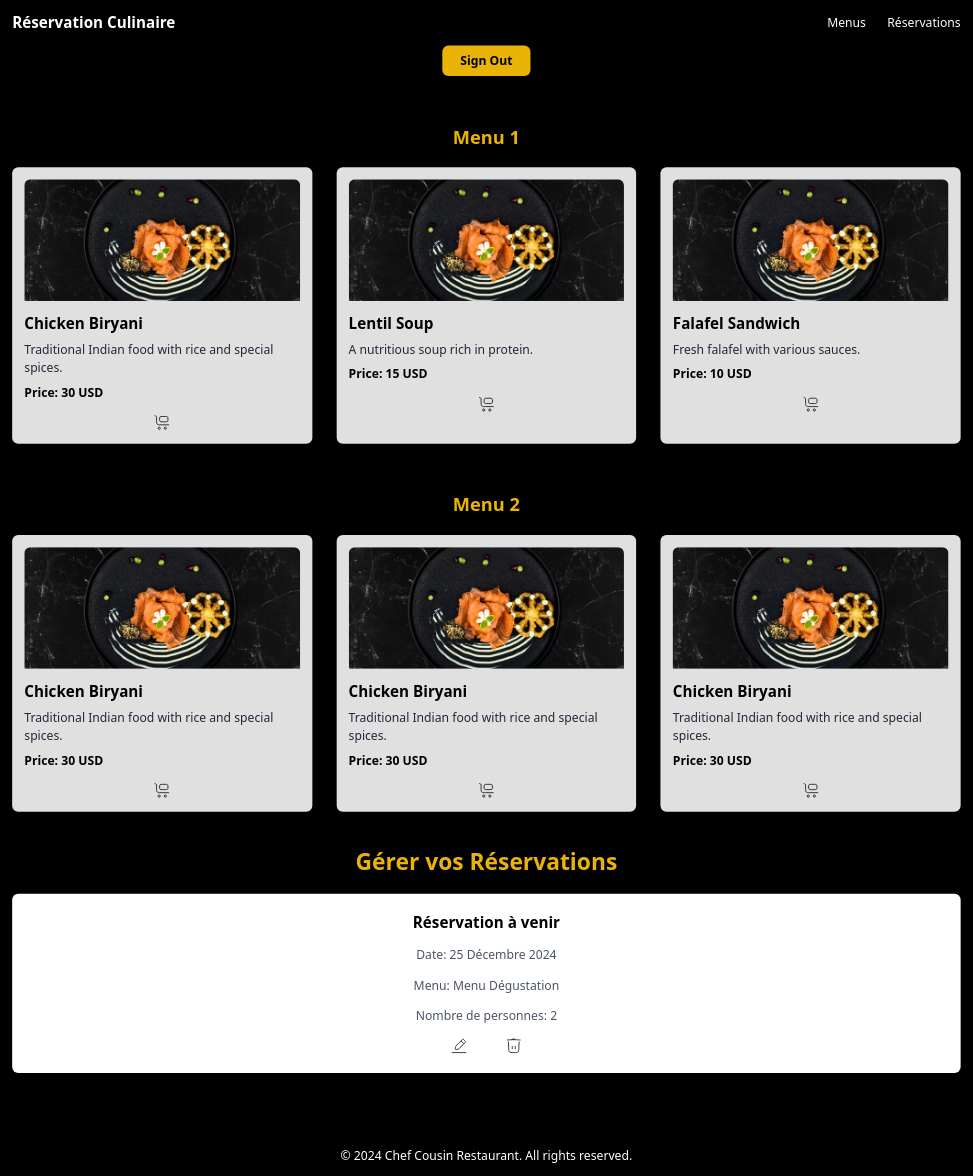
Repository: HamzaChehlaoui/Site-Web-pour-un-Chef-Cuisinier
Page: http://localhost/menuutil.php
The author's editor kept a copy of each file at every save. The page is drawn from the files as they stood at one save, then again after a run of saves.
The browser window is 1280 px wide. The pictures show the whole page, at 76% of full size.
Some web libraries are served in a nearby version. The page is run by PHP 8.4 with error messages shown; the project is at /var/www/html/.

Above is the page before, as saved 2024-12-18 17:16:59.

### menuutil.php
<!DOCTYPE html>
<html lang="fr">
<head>
    <meta charset="UTF-8">
    <meta name="viewport" content="width=device-width, initial-scale=1.0">
    <title>Réservation d'Expérience Culinaire</title>
    <script src="https://cdn.tailwindcss.com"></script></head>
<body class="bg-black font-sans">

    <!-- Navbar -->
    <header class="bg-black text-white p-4">
        <div class="max-w-7xl mx-auto flex justify-between items-center">
            <h1 class="text-xl font-semibold">Réservation Culinaire</h1>
            <nav class="space-x-6">
                <a href="#menus" class="hover:text-gray-300">Menus</a>
                <a href="#reservations" class="hover:text-gray-300">Réservations</a>
            </nav>
        </div>
    </header>
    <div class="text-center mb-8">
        <a href="index.php" class="inline-block bg-yellow-500 text-black px-6 py-2 rounded-lg font-semibold hover:scale-105 hover:shadow-lg transition-transform">
            Sign Out
        </a>
    </div>
    <!-- Menu Section -->
    <section class="py-8">
        <div class="container mx-auto px-4">
            <h2 class="text-2xl font-semibold mb-6 text-center text-yellow-500">Menu 1</h2>
            <div class="grid grid-cols-1 sm:grid-cols-2 lg:grid-cols-3 gap-8">
                <!-- Dish 1 -->
                <div class="bg-[#E0E0E0] p-4 rounded-lg shadow-lg hover:shadow-xl hover:bg-[#E0E0E0] transition duration-300">
                    <img src="zalmbloem-met-roomkaas_hr-4.webp" alt="Dish 1" class="w-full h-40 object-cover rounded-t-lg">
                    <h3 class="text-xl font-semibold mt-4 text-black">Chicken Biryani</h3>
                    <p class="text-gray-800 mt-2">Traditional Indian food with rice and special spices.</p>
                    <p class="mt-2 font-bold text-black">Price: 30 USD</p>
                      <!-- Edit and Delete buttons -->
                    <div class="mt-4 flex justify-center">
                <svg width="24" height="24" viewBox="0 0 24 24" fill="none" xmlns="http://www.w3.org/2000/svg">
                <path d="M10 19.5C10 20.3284 9.32843 21 8.5 21C7.67157 21 7 20.3284 7 19.5C7 18.6716 7.67157 18 8.5 18C9.32843 18 10 18.6716 10 19.5Z" stroke="black" stroke-width="null" class="my-path"></path>
                <path d="M18 19.5C18 20.3284 17.3284 21 16.5 21C15.6716 21 15 20.3284 15 19.5C15 18.6716 15.6716 18 16.5 18C17.3284 18 18 18.6716 18 19.5Z" stroke="black" stroke-width="null" class="my-path"></path>
                <path d="M21 15H11C8.17157 15 6.75736 15 5.87868 14.1213C5 13.2426 5 11.8284 5 9V5C5 3.89543 4.10457 3 3 3" stroke="black" stroke-width="null" stroke-linecap="round" class="my-path"></path>
                <path d="M9 7.5C9 6.09554 9 5.39331 9.33706 4.88886C9.48298 4.67048 9.67048 4.48298 9.88886 4.33706C10.3933 4 11.0955 4 12.5 4H16.5C17.9045 4 18.6067 4 19.1111 4.33706C19.3295 4.48298 19.517 4.67048 19.6629 4.88886C20 5.39331 20 6.09554 20 7.5C20 8.90446 20 9.60669 19.6629 10.1111C19.517 10.3295 19.3295 10.517 19.1111 10.6629C18.6067 11 17.9045 11 16.5 11H12.5C11.0955 11 10.3933 11 9.88886 10.6629C9.67048 10.517 9.48298 10.3295 9.33706 10.1111C9 9.60669 9 8.90446 9 7.5Z" stroke="black" stroke-width="null" class="my-path"></path>
                </svg>

                    </div>
                </div>
                <!-- Dish 2 -->
                <div class="bg-[#E0E0E0] p-4 rounded-lg shadow-lg hover:shadow-xl hover:bg-[#E0E0E0] transition duration-300">
                    <img src="zalmbloem-met-roomkaas_hr-4.webp" alt="Dish 2" class="w-full h-40 object-cover rounded-t-lg">
                    <h3 class="text-xl font-semibold mt-4 text-black">Lentil Soup</h3>
                    <p class="text-gray-800 mt-2">A nutritious soup rich in protein.</p>
                    <p class="mt-2 font-bold text-black">Price: 15 USD</p>
                      <!-- Edit and Delete buttons -->
                    <div class="mt-4 flex justify-center">
                    <svg width="24" height="24" viewBox="0 0 24 24" fill="none" xmlns="http://www.w3.org/2000/svg">
                    <path d="M10 19.5C10 20.3284 9.32843 21 8.5 21C7.67157 21 7 20.3284 7 19.5C7 18.6716 7.67157 18 8.5 18C9.32843 18 10 18.6716 10 19.5Z" stroke="black" stroke-width="null" class="my-path"></path>
                    <path d="M18 19.5C18 20.3284 17.3284 21 16.5 21C15.6716 21 15 20.3284 15 19.5C15 18.6716 15.6716 18 16.5 18C17.3284 18 18 18.6716 18 19.5Z" stroke="black" stroke-width="null" class="my-path"></path>
                    <path d="M21 15H11C8.17157 15 6.75736 15 5.87868 14.1213C5 13.2426 5 11.8284 5 9V5C5 3.89543 4.10457 3 3 3" stroke="black" stroke-width="null" stroke-linecap="round" class="my-path"></path>
                    <path d="M9 7.5C9 6.09554 9 5.39331 9.33706 4.88886C9.48298 4.67048 9.67048 4.48298 9.88886 4.33706C10.3933 4 11.0955 4 12.5 4H16.5C17.9045 4 18.6067 4 19.1111 4.33706C19.3295 4.48298 19.517 4.67048 19.6629 4.88886C20 5.39331 20 6.09554 20 7.5C20 8.90446 20 9.60669 19.6629 10.1111C19.517 10.3295 19.3295 10.517 19.1111 10.6629C18.6067 11 17.9045 11 16.5 11H12.5C11.0955 11 10.3933 11 9.88886 10.6629C9.67048 10.517 9.48298 10.3295 9.33706 10.1111C9 9.60669 9 8.90446 9 7.5Z" stroke="black" stroke-width="null" class="my-path"></path>
                    </svg>

                    </div>
                </div>
                <!-- Dish 3 -->
                <div class="bg-[#E0E0E0] p-4 rounded-lg shadow-lg hover:shadow-xl hover:bg-[#E0E0E0] transition duration-300">
                    <img src="zalmbloem-met-roomkaas_hr-4.webp" alt="Dish 3" class="w-full h-40 object-cover rounded-t-lg">
                    <h3 class="text-xl font-semibold mt-4 text-black">Falafel Sandwich</h3>
                    <p class="text-gray-800 mt-2">Fresh falafel with various sauces.</p>
                    <p class="mt-2 font-bold text-black">Price: 10 USD</p>
                       <!-- Edit and Delete buttons -->
                    <div class="mt-4 flex justify-center">
                        <!-- edit  -->
                        <svg width="24" height="24" viewBox="0 0 24 24" fill="none" xmlns="http://www.w3.org/2000/svg">
                        <path d="M10 19.5C10 20.3284 9.32843 21 8.5 21C7.67157 21 7 20.3284 7 19.5C7 18.6716 7.67157 18 8.5 18C9.32843 18 10 18.6716 10 19.5Z" stroke="black" stroke-width="null" class="my-path"></path>
                        <path d="M18 19.5C18 20.3284 17.3284 21 16.5 21C15.6716 21 15 20.3284 15 19.5C15 18.6716 15.6716 18 16.5 18C17.3284 18 18 18.6716 18 19.5Z" stroke="black" stroke-width="null" class="my-path"></path>
                        <path d="M21 15H11C8.17157 15 6.75736 15 5.87868 14.1213C5 13.2426 5 11.8284 5 9V5C5 3.89543 4.10457 3 3 3" stroke="black" stroke-width="null" stroke-linecap="round" class="my-path"></path>
                        <path d="M9 7.5C9 6.09554 9 5.39331 9.33706 4.88886C9.48298 4.67048 9.67048 4.48298 9.88886 4.33706C10.3933 4 11.0955 4 12.5 4H16.5C17.9045 4 18.6067 4 19.1111 4.33706C19.3295 4.48298 19.517 4.67048 19.6629 4.88886C20 5.39331 20 6.09554 20 7.5C20 8.90446 20 9.60669 19.6629 10.1111C19.517 10.3295 19.3295 10.517 19.1111 10.6629C18.6067 11 17.9045 11 16.5 11H12.5C11.0955 11 10.3933 11 9.88886 10.6629C9.67048 10.517 9.48298 10.3295 9.33706 10.1111C9 9.60669 9 8.90446 9 7.5Z" stroke="black" stroke-width="null" class="my-path"></path>
                        </svg>
                    </div>
                </div>
                </div>
            </div>
        </div>
         <!-- /* From Uiverse.io by OnCloud125252 */  -->

    </section>
    <section class="py-8">
        <div class="container mx-auto px-4">
            <h2 class="text-2xl font-semibold mb-6 text-center text-yellow-500">Menu 2</h2>
            <div class="grid grid-cols-1 sm:grid-cols-2 lg:grid-cols-3 gap-8">
                <!-- Repeat the dishes here with Edit and Delete buttons -->
                <div class="bg-[#E0E0E0] p-4 rounded-lg shadow-lg hover:shadow-xl hover:bg-[#E0E0E0] transition duration-300">
                    <img src="zalmbloem-met-roomkaas_hr-4.webp" alt="Dish 1" class="w-full h-40 object-cover rounded-t-lg">
                    <h3 class="text-xl font-semibold mt-4 text-black">Chicken Biryani</h3>
                    <p class="text-gray-800 mt-2">Traditional Indian food with rice and special spices.</p>
                    <p class="mt-2 font-bold text-black">Price: 30 USD</p>
                      <!-- Edit and Delete buttons -->
                    <div class="mt-4 flex justify-center">
                        <!-- edit  -->
                        <svg width="24" height="24" viewBox="0 0 24 24" fill="none" xmlns="http://www.w3.org/2000/svg">
                        <path d="M10 19.5C10 20.3284 9.32843 21 8.5 21C7.67157 21 7 20.3284 7 19.5C7 18.6716 7.67157 18 8.5 18C9.32843 18 10 18.6716 10 19.5Z" stroke="black" stroke-width="null" class="my-path"></path>
                        <path d="M18 19.5C18 20.3284 17.3284 21 16.5 21C15.6716 21 15 20.3284 15 19.5C15 18.6716 15.6716 18 16.5 18C17.3284 18 18 18.6716 18 19.5Z" stroke="black" stroke-width="null" class="my-path"></path>
                        <path d="M21 15H11C8.17157 15 6.75736 15 5.87868 14.1213C5 13.2426 5 11.8284 5 9V5C5 3.89543 4.10457 3 3 3" stroke="black" stroke-width="null" stroke-linecap="round" class="my-path"></path>
                        <path d="M9 7.5C9 6.09554 9 5.39331 9.33706 4.88886C9.48298 4.67048 9.67048 4.48298 9.88886 4.33706C10.3933 4 11.0955 4 12.5 4H16.5C17.9045 4 18.6067 4 19.1111 4.33706C19.3295 4.48298 19.517 4.67048 19.6629 4.88886C20 5.39331 20 6.09554 20 7.5C20 8.90446 20 9.60669 19.6629 10.1111C19.517 10.3295 19.3295 10.517 19.1111 10.6629C18.6067 11 17.9045 11 16.5 11H12.5C11.0955 11 10.3933 11 9.88886 10.6629C9.67048 10.517 9.48298 10.3295 9.33706 10.1111C9 9.60669 9 8.90446 9 7.5Z" stroke="black" stroke-width="null" class="my-path"></path>
                        </svg>

                    </div>
                </div>
                <!-- Dish 1 -->
                <div class="bg-[#E0E0E0] p-4 rounded-lg shadow-lg hover:shadow-xl hover:bg-[#E0E0E0] transition duration-300">
                    <img src="zalmbloem-met-roomkaas_hr-4.webp" alt="Dish 1" class="w-full h-40 object-cover rounded-t-lg">
                    <h3 class="text-xl font-semibold mt-4 text-black">Chicken Biryani</h3>
                    <p class="text-gray-800 mt-2">Traditional Indian food with rice and special spices.</p>
                    <p class="mt-2 font-bold text-black">Price: 30 USD</p>
                      <!-- Edit and Delete buttons -->
                    <div class="mt-4 flex justify-center">
                    <svg width="24" height="24" viewBox="0 0 24 24" fill="none" xmlns="http://www.w3.org/2000/svg">
                    <path d="M10 19.5C10 20.3284 9.32843 21 8.5 21C7.67157 21 7 20.3284 7 19.5C7 18.6716 7.67157 18 8.5 18C9.32843 18 10 18.6716 10 19.5Z" stroke="black" stroke-width="null" class="my-path"></path>
                    <path d="M18 19.5C18 20.3284 17.3284 21 16.5 21C15.6716 21 15 20.3284 15 19.5C15 18.6716 15.6716 18 16.5 18C17.3284 18 18 18.6716 18 19.5Z" stroke="black" stroke-width="null" class="my-path"></path>
                    <path d="M21 15H11C8.17157 15 6.75736 15 5.87868 14.1213C5 13.2426 5 11.8284 5 9V5C5 3.89543 4.10457 3 3 3" stroke="black" stroke-width="null" stroke-linecap="round" class="my-path"></path>
                    <path d="M9 7.5C9 6.09554 9 5.39331 9.33706 4.88886C9.48298 4.67048 9.67048 4.48298 9.88886 4.33706C10.3933 4 11.0955 4 12.5 4H16.5C17.9045 4 18.6067 4 19.1111 4.33706C19.3295 4.48298 19.517 4.67048 19.6629 4.88886C20 5.39331 20 6.09554 20 7.5C20 8.90446 20 9.60669 19.6629 10.1111C19.517 10.3295 19.3295 10.517 19.1111 10.6629C18.6067 11 17.9045 11 16.5 11H12.5C11.0955 11 10.3933 11 9.88886 10.6629C9.67048 10.517 9.48298 10.3295 9.33706 10.1111C9 9.60669 9 8.90446 9 7.5Z" stroke="black" stroke-width="null" class="my-path"></path>
                    </svg>
                   </div>
                </div>
            <!-- Dish 1 -->
            <div class="bg-[#E0E0E0] p-4 rounded-lg shadow-lg hover:shadow-xl hover:bg-[#E0E0E0] transition duration-300">
                    <img src="zalmbloem-met-roomkaas_hr-4.webp" alt="Dish 1" class="w-full h-40 object-cover rounded-t-lg">
                    <h3 class="text-xl font-semibold mt-4 text-black">Chicken Biryani</h3>
                    <p class="text-gray-800 mt-2">Traditional Indian food with rice and special spices.</p>
                    <p class="mt-2 font-bold text-black">Price: 30 USD</p>
                      <!-- Edit and Delete buttons -->
                    <div class="mt-4 flex justify-center">
                    <svg width="24" height="24" viewBox="0 0 24 24" fill="none" xmlns="http://www.w3.org/2000/svg">
                    <path d="M10 19.5C10 20.3284 9.32843 21 8.5 21C7.67157 21 7 20.3284 7 19.5C7 18.6716 7.67157 18 8.5 18C9.32843 18 10 18.6716 10 19.5Z" stroke="black" stroke-width="null" class="my-path"></path>
                    <path d="M18 19.5C18 20.3284 17.3284 21 16.5 21C15.6716 21 15 20.3284 15 19.5C15 18.6716 15.6716 18 16.5 18C17.3284 18 18 18.6716 18 19.5Z" stroke="black" stroke-width="null" class="my-path"></path>
                    <path d="M21 15H11C8.17157 15 6.75736 15 5.87868 14.1213C5 13.2426 5 11.8284 5 9V5C5 3.89543 4.10457 3 3 3" stroke="black" stroke-width="null" stroke-linecap="round" class="my-path"></path>
                    <path d="M9 7.5C9 6.09554 9 5.39331 9.33706 4.88886C9.48298 4.67048 9.67048 4.48298 9.88886 4.33706C10.3933 4 11.0955 4 12.5 4H16.5C17.9045 4 18.6067 4 19.1111 4.33706C19.3295 4.48298 19.517 4.67048 19.6629 4.88886C20 5.39331 20 6.09554 20 7.5C20 8.90446 20 9.60669 19.6629 10.1111C19.517 10.3295 19.3295 10.517 19.1111 10.6629C18.6067 11 17.9045 11 16.5 11H12.5C11.0955 11 10.3933 11 9.88886 10.6629C9.67048 10.517 9.48298 10.3295 9.33706 10.1111C9 9.60669 9 8.90446 9 7.5Z" stroke="black" stroke-width="null" class="my-path"></path>
                    </svg>
                   </div>
                </div>
            </div>
    <!-- Reservation Section -->
    <section id="reservations" class="py-12 bg-black">
        <div class="max-w-7xl mx-auto text-center">
            <h2 class="text-3xl font-bold mb-6 text-yellow-500">Gérer vos Réservations</h2>

            <div class="bg-white p-6 rounded-lg shadow-md">
                <h3 class="text-xl font-semibold mb-4">Réservation à venir</h3>
                <p class="text-gray-600 mb-4">Date: 25 Décembre 2024</p>
                <p class="text-gray-600 mb-4">Menu: Menu Dégustation</p>
                <p class="text-gray-600 mb-4">Nombre de personnes: 2</p>
                 <!-- Edit and Delete buttons -->
                 <div class="mt-4 flex justify-center gap-[3rem]">
                    <svg width="24" height="24" viewBox="0 0 24 24" fill="none" xmlns="http://www.w3.org/2000/svg">
                    <path d="M15.7734 4.42255L8.01924 12.2706C7.79291 12.4996 7.67974 12.6142 7.60917 12.7552C7.53859 12.8961 7.51521 13.0544 7.46845 13.3709L7.30803 14.4566C7.12534 15.693 7.034 16.3112 7.40145 16.6645C7.7689 17.0178 8.39306 16.9118 9.64137 16.6999L10.7375 16.5139C11.0571 16.4596 11.2168 16.4325 11.3579 16.3593C11.499 16.2861 11.6121 16.1715 11.8385 15.9425L19.5927 8.09446C20.2553 7.42379 20.5866 7.08846 20.5814 6.67712C20.5761 6.26578 20.2363 5.93906 19.5566 5.28563L18.6209 4.38599C17.9412 3.73256 17.6014 3.40584 17.1844 3.4112C16.7674 3.41655 16.4361 3.75188 15.7734 4.42255Z" stroke="black" stroke-width="null" class="my-path"></path>
                    <path d="M18.3329 9.22206L14.7773 5.6665" stroke="black" stroke-width="null" class="my-path"></path>
                    <path d="M21 21H3" stroke="black" stroke-width="null" stroke-linecap="round" class="my-path"></path>
                    </svg>
                    <!-- delete  -->
                    <svg width="24" height="24" viewBox="0 0 24 24" fill="none" xmlns="http://www.w3.org/2000/svg">
                    <path d="M5 7L5.29949 14.7868C5.41251 17.7252 5.46902 19.1944 6.40719 20.0972C7.34537 21 8.81543 21 11.7555 21H12.2433C15.1842 21 16.6547 21 17.5928 20.0972C18.531 19.1944 18.5875 17.7252 18.7006 14.7868L19 7" stroke="black" stroke-width="null" stroke-linecap="round" class="my-path"></path>
                    <path d="M10 13V16" stroke="black" stroke-width="null" stroke-linecap="round" class="my-path"></path>
                    <path d="M14 13V16" stroke="black" stroke-width="null" stroke-linecap="round" class="my-path"></path>
                    <path d="M20.4706 4.43329C18.6468 4.27371 17.735 4.19392 16.8229 4.13611C13.6109 3.93249 10.3891 3.93249 7.17707 4.13611C6.26506 4.19392 5.35318 4.27371 3.52942 4.43329" stroke="black" stroke-width="null" stroke-linecap="round" class="my-path"></path>
                    <path d="M13.7647 3.95212C13.7647 3.95212 13.3993 2.98339 11.6471 2.9834C9.8949 2.9834 9.52942 3.95211 9.52942 3.95211" stroke="black" stroke-width="null" stroke-linecap="round" class="my-path"></path>
                    </svg>  </div>
                </div> </div>
        </div>
    </section>

    <!-- Footer -->
    <footer class="bg-black text-white py-4">
        <div class="container mx-auto text-center">
            <p>&copy; 2024 Chef Cousin Restaurant. All rights reserved.</p>
        </div>
    </footer>

</body>
</html>

After the next 4 saves:
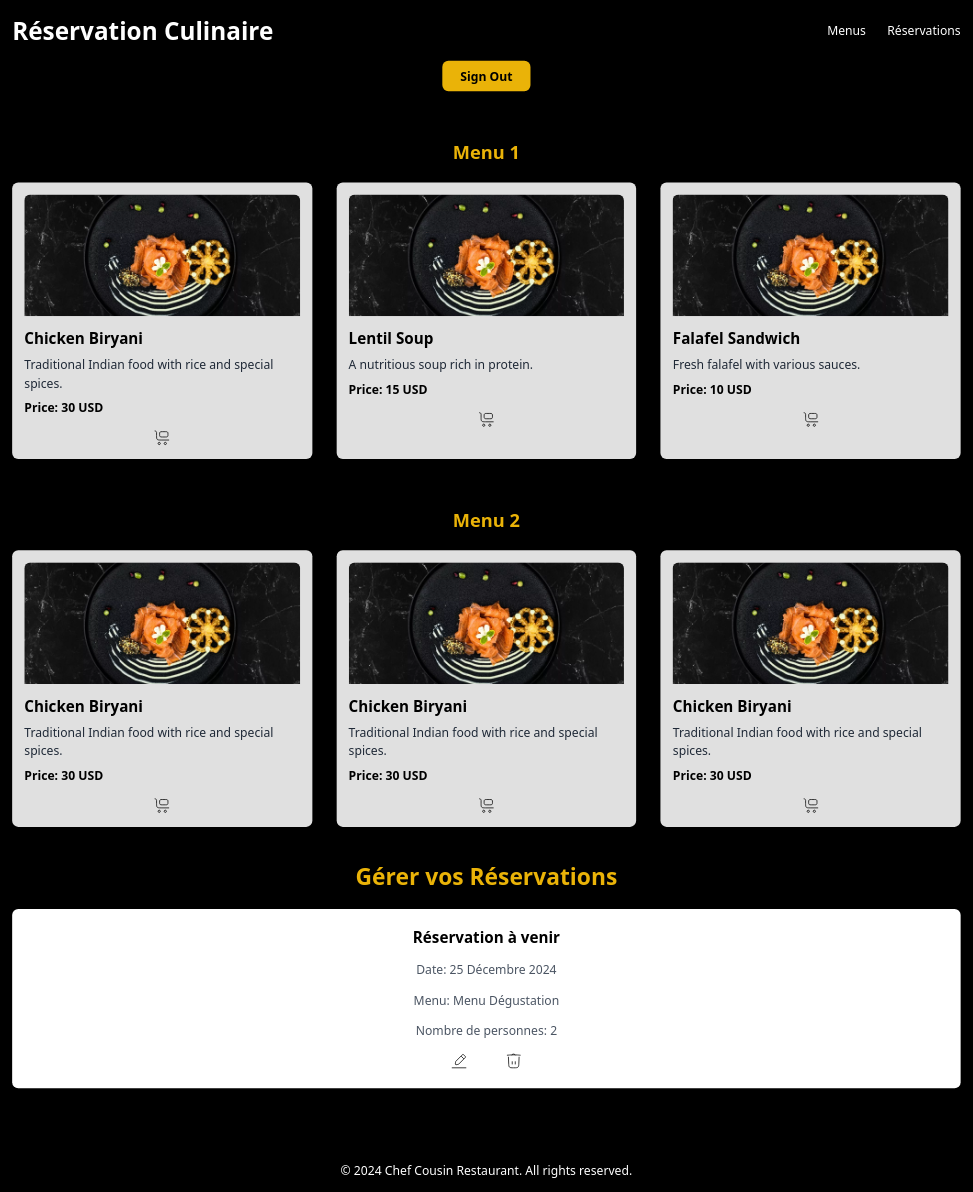
The 4 saves are shown as one change because they came seconds apart.
The last was saved 2 min 53 s later.
--- a/menuutil.php
+++ b/menuutil.php
@@ -10,7 +10,7 @@
     <!-- Navbar -->
     <header class="bg-black text-white p-4">
         <div class="max-w-7xl mx-auto flex justify-between items-center">
-            <h1 class="text-xl font-semibold">Réservation Culinaire</h1>
+            <h1 class="text-[2rem] font-semibold">Réservation Culinaire</h1>
             <nav class="space-x-6">
                 <a href="#menus" class="hover:text-gray-300">Menus</a>
                 <a href="#reservations" class="hover:text-gray-300">Réservations</a>
